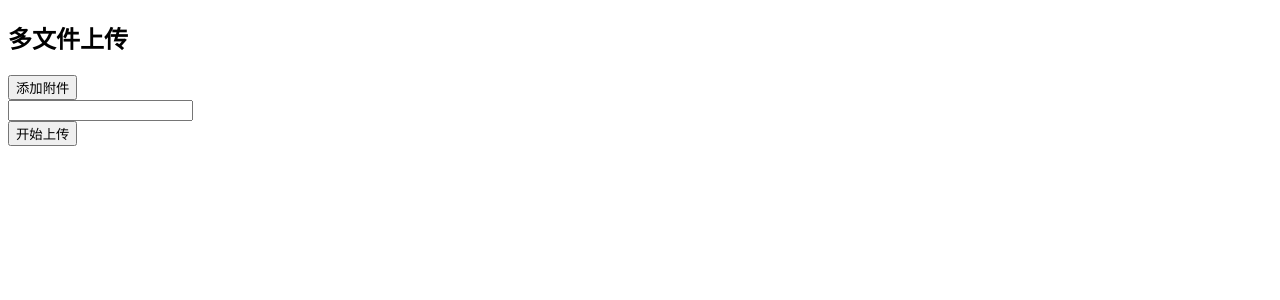
Repository: iamsongpeng/java-web-demo
Page: http://localhost/java-web-demo-upload-01/manyFileUpload.jsp
An editor plug-in stored every save of this project. The page is shown before and after the next save, followed by the edit.
The browser window is 1280 px wide. The pictures show the whole page.
The page is served by Tomcat 9.

Above is the page before, as saved 2017-06-12 03:42:56.

After the next save:
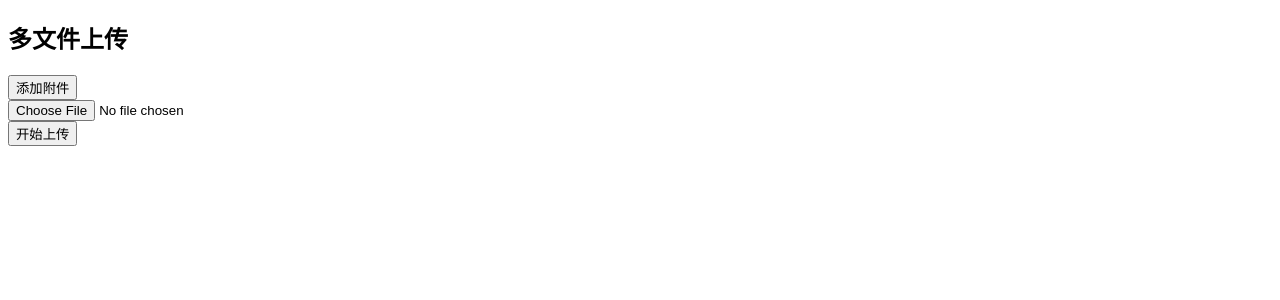
Saved 52 s later.
--- a/java-web-demo-upload-01/WebContent/manyFileUpload.jsp
+++ b/java-web-demo-upload-01/WebContent/manyFileUpload.jsp
@@ -11,7 +11,7 @@
 	<form method="post" enctype="multipart/form-data" action="${pageContext.request.contextPath }/uploadFiles">
 		<input type="button" value="添加附件" onclick="addItem()">
 		<div id="uploadDiv">
-			<input type="text" name="description">
+			<input type="file" name="uploadfile">
 		</div>
 		<input type="submit" value="开始上传">
 	</form>
